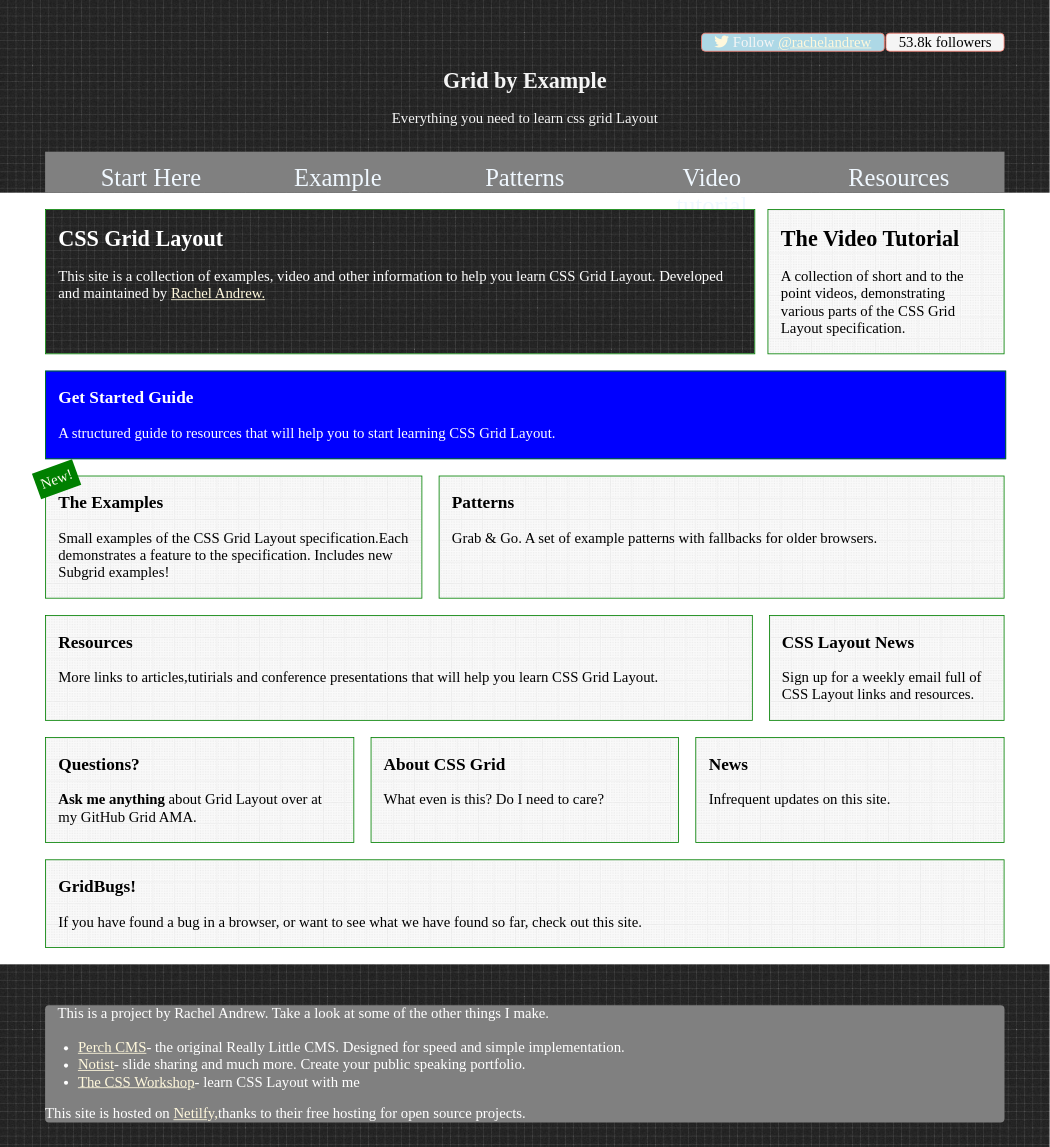
Repository: sitikhusushan/grid
Page: index.html
These files come from the project's save history. The page is drawn as it stood at one moment and after the next save; the edit follows.
The browser window is 1280 px wide. The pictures show the whole page, at 82% of full size.
The pointer rests on the first visible `.social2`.
Some web libraries are served in a nearby version.

Above is the page before, as saved 2020-05-15 09:52:44.

After the next save:
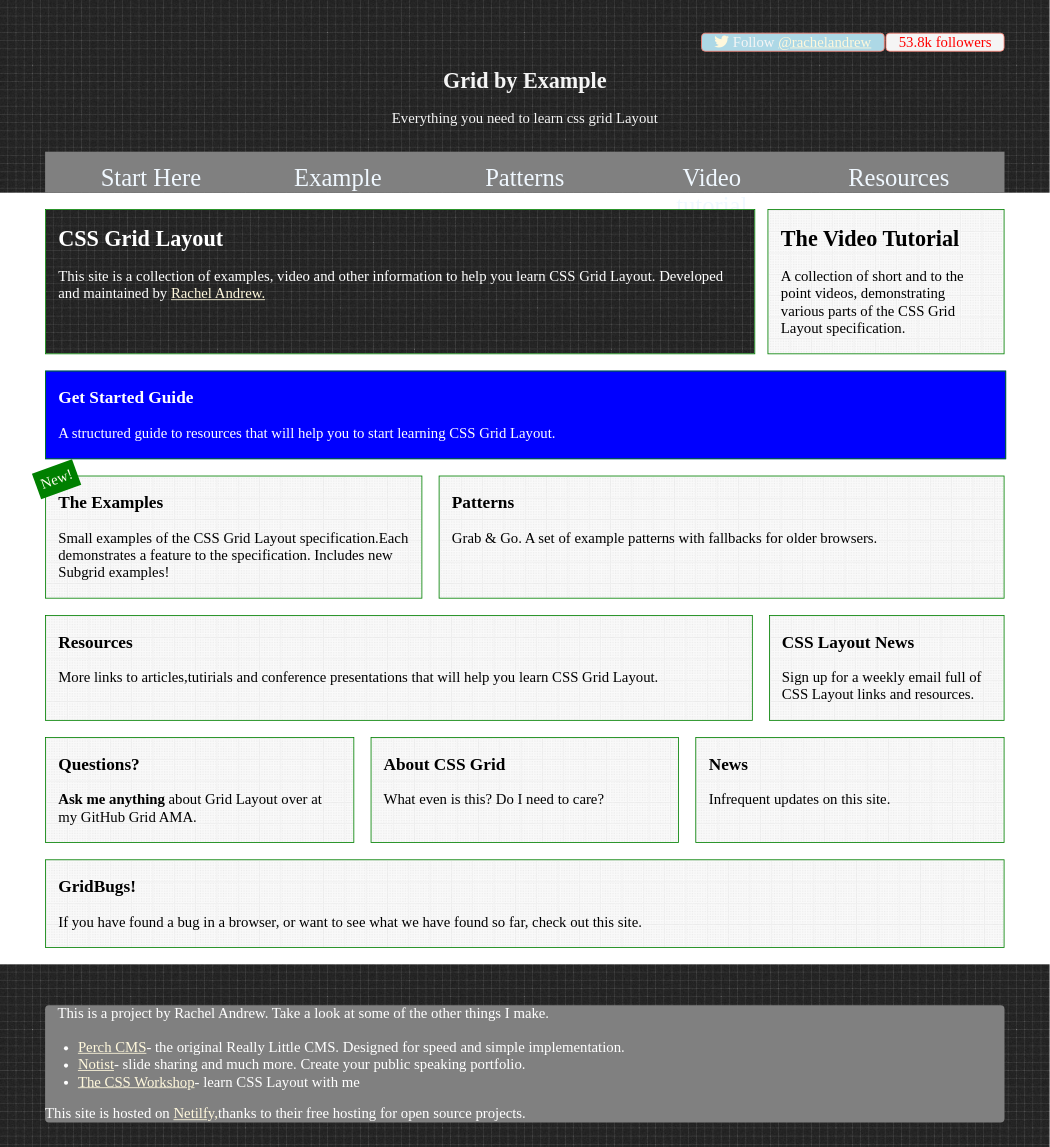
Saved 11 min 16 s later.
--- a/style.css
+++ b/style.css
@@ -108,6 +108,10 @@
   color: black;
 }
 
+.social2:hover {
+  color: red;
+}
+
 .header li:hover {
   background-color: black;
 }
